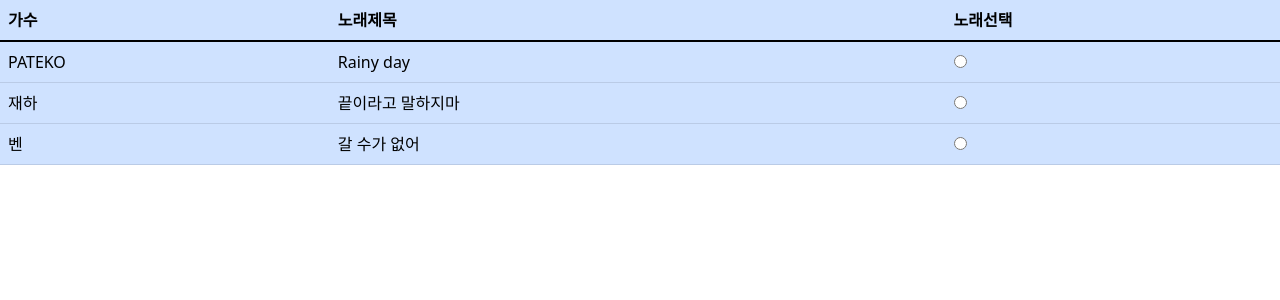
Repository: limbbbyoung/JSP_practice
Page: http://localhost/JSPbasic/jspobject/quiz/music.jsp
The author's editor kept a copy of each file at every save. The page is drawn from the files as they stood at one save, then again after the next save.
The browser window is 1280 px wide. The pictures show the whole page.
The page is served by Tomcat 9.

Above is the page before, as saved 2022-03-28 09:40:32.

### JSPbasic/src/main/webapp/jspobject/quiz/music.jsp
<%@ page language="java" contentType="text/html; charset=UTF-8"
    pageEncoding="UTF-8"%>
<!DOCTYPE html>
<html>
<head>
<link href="https://cdn.jsdelivr.net/npm/bootstrap@5.1.3/dist/css/bootstrap.min.css" rel="stylesheet" integrity="sha384-1BmE4kWBq78iYhFldvKuhfTAU6auU8tT94WrHftjDbrCEXSU1oBoqyl2QvZ6jIW3" crossorigin="anonymous">
<meta charset="UTF-8">
<title>Insert title here</title>
</head>
<body>
    <form action="music_result.jsp" method="post">
    <table class="table table-border table-hover table-primary">
    <thead>
        <tr>
          <th>가수</th>
          <th>노래제목</th>
          <th>노래선택</th>
        </tr>
    </thead>
    <tbody>
        <tr>
          <td>PATEKO</td>
          <td>Rainy day</td>
          <td><input type="radio" name="music" value="1번음악"></td>
        </tr>
        <tr>
          <td>재하</td>
          <td>끝이라고 말하지마</td>
          <td><input type="radio" name="music" value="2번음악"></td>
        </tr>
        <tr>
          <td>벤</td>
          <td>갈 수가 없어</td>
          <td><input type="radio" name="music" value="3번음악"></td>
        </tr>
    </tbody>
    </table>
    </form>
</body>
</html>

After the next save:
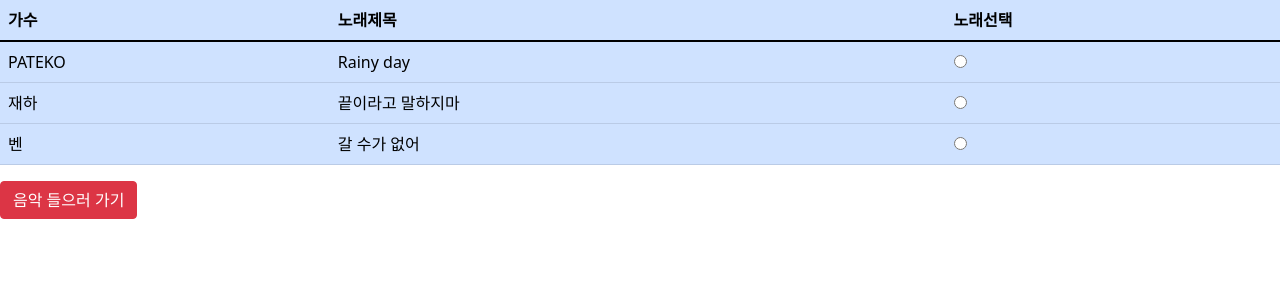
Saved 44 s later.
--- a/JSPbasic/src/main/webapp/jspobject/quiz/music.jsp
+++ b/JSPbasic/src/main/webapp/jspobject/quiz/music.jsp
@@ -35,6 +35,7 @@
         </tr>
     </tbody>
     </table>
+    <input type="submit" class="btn btn-danger" value="음악 들으러 가기">
     </form>
 </body>
 </html>
